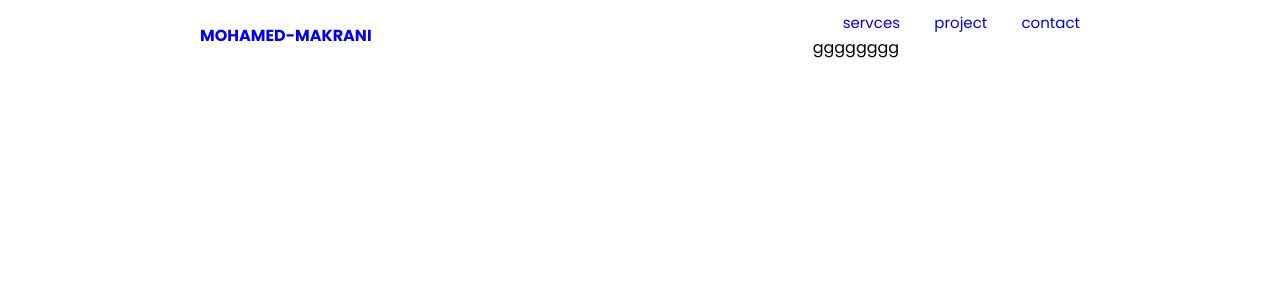
Repository: mohamed-makrani/Portfolio
Page: indixe.html
An editor plug-in stored every save of this project. The page is shown before and after the next save, followed by the edit.
The browser window is 1280 px wide. The pictures show the whole page.

Above is the page before, as saved 2023-09-16 12:36:45.

After the next save:
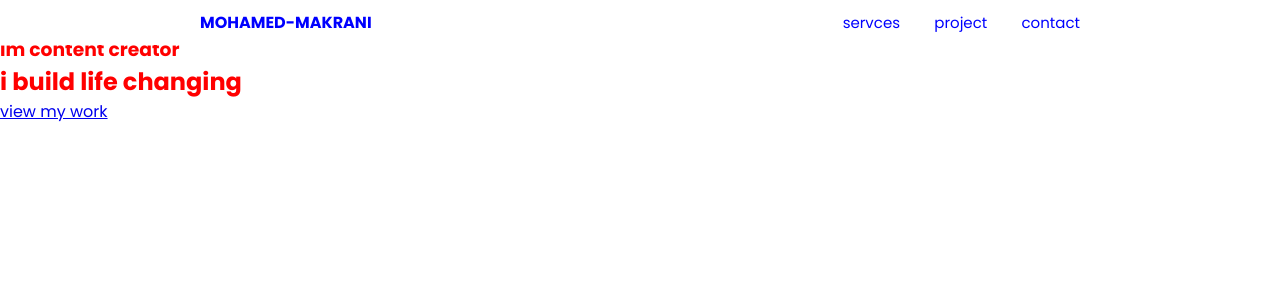
Saved 10 min 27 s later.
--- a/indixe.html
+++ b/indixe.html
@@ -14,12 +14,32 @@
             <a href="#" >servces</a>
             <a href="#" > project</a>
             <a href="#"> contact </a>
-            <p>gggggggg</p>
 
         </nav>
     </header>
     <section class="main">
-        <P>home is home</P>
+        <div class="2">
+            <h2>hello im mohamed</h2>
+        </div>
+        <div class="3">
+            <h3>im content creator</h3>
+        </div>
+        <div class="2">
+            <h2>i build life changing</h2>
+        </div>
+        <a href="#" class="main-button">view my work</a>
+        <div class="social-media">
+            <a href="#" ></a>
+            <a href="#" ></a>
+            <a href="#"></a>
+            <a href="#"></a>
+        </div>
+
+
+
+
+
+
 
 
 
--- a/style.css
+++ b/style.css
@@ -41,6 +41,6 @@
 
 color: blueviolet;
 }
-.main p{
+.main {
    color: red;
 }
